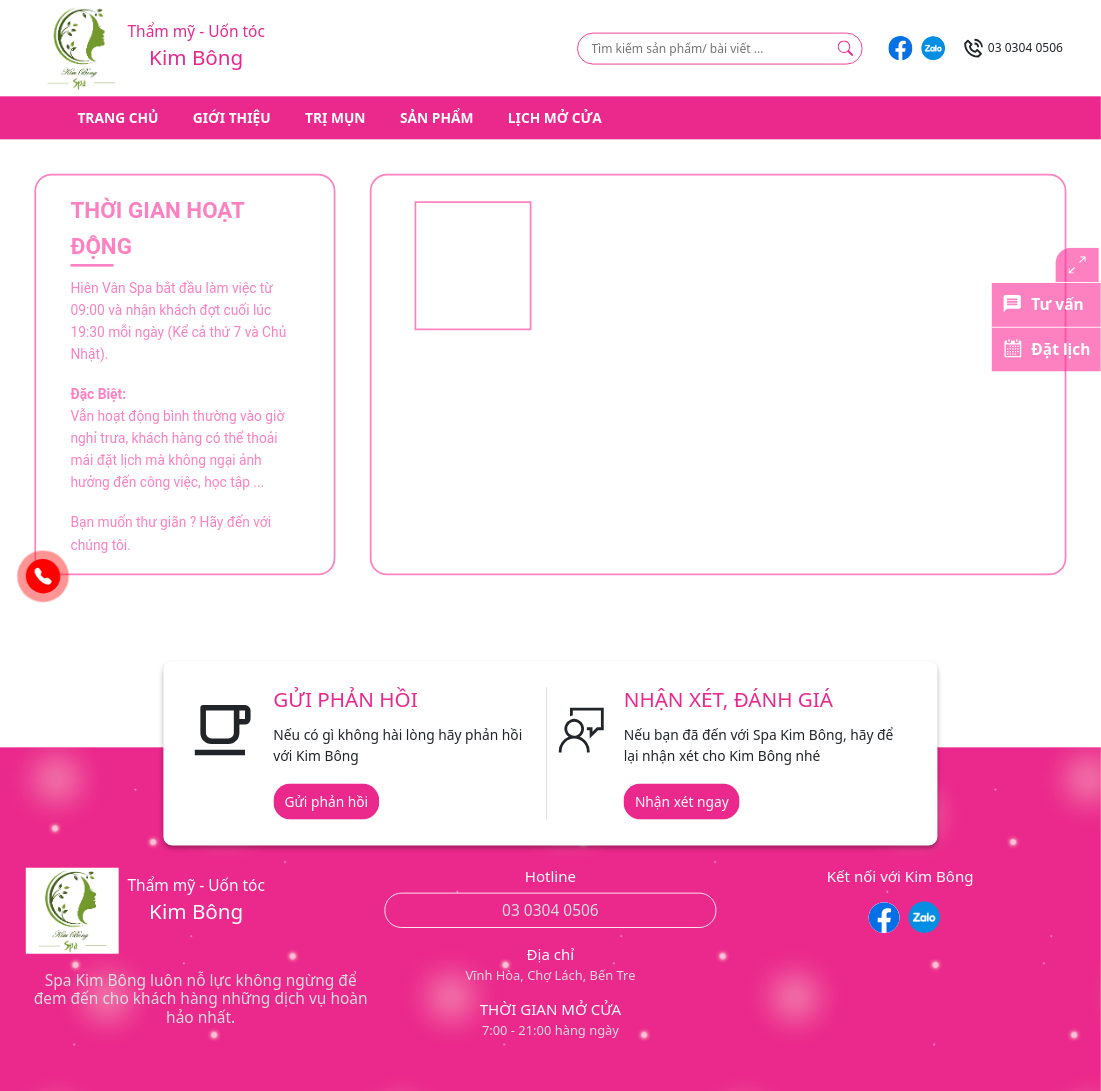
Repository: tranduykhuong/SpaKimBong
Page: /calendar
An editor plug-in stored every save of this project. The page is shown before and after the next save, followed by the edit.
The browser window is 1280 px wide. The pictures show the whole page, at 86% of full size.
The project was rebuilt for these pictures with package versions that can differ from the ones it lists, and the page was loaded fresh each time. Also part of the build but not shown: src/components/Banner/banner.scss, src/components/Banner/Banner.js, src/pages/Home/home.scss, src/pages/Home/ListImage/listImage.scss, src/pages/Home/ListImage/ListImage.js, src/pages/Home/BookOnline/bookOnl.scss, src/pages/Home/BookOnline/Modal/ModalBook/modalbook.scss, src/pages/Home/BookOnline/Modal/ModalBook/modalbook.js and 24 more.

Above is the page before, as saved 2022-06-07 10:10:47.

After the next save:
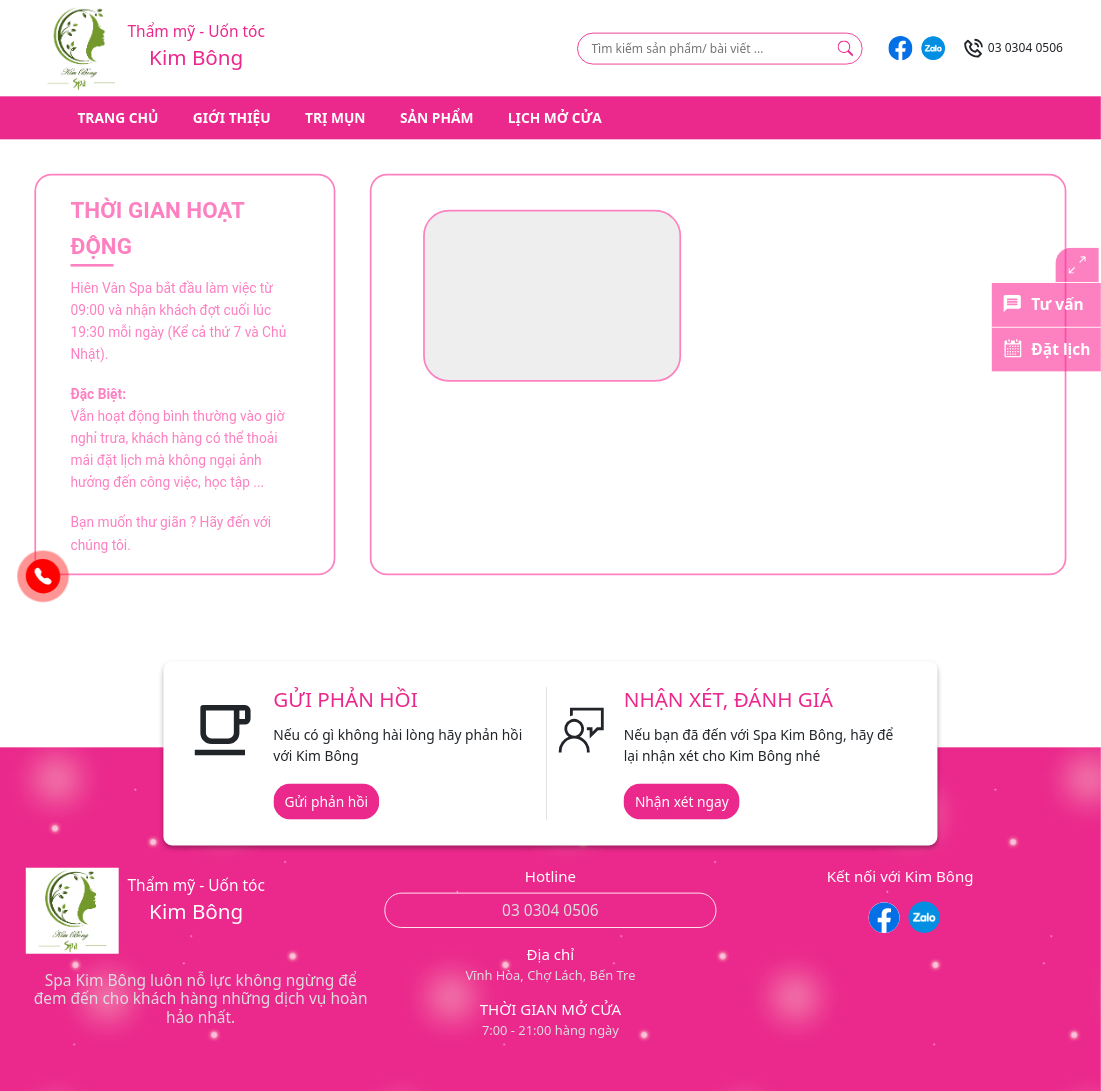
Saved 30 s later.
--- a/src/pages/Calendar/calendar.scss
+++ b/src/pages/Calendar/calendar.scss
@@ -64,14 +64,12 @@
             height: 15rem;
             border: solid 2px #fd80c1;
 
-            .quote {
-              margin: 10px;
-              width: 300px;
-              height: 200px;
-              background-color: #eee;
-              border-radius: 30px;
-              position: relative;
-            }
+            margin: 10px;
+            width: 300px;
+            height: 200px;
+            background-color: #eee;
+            border-radius: 30px;
+            position: relative;
             .quote:before {
               content: "";
               position: absolute;
